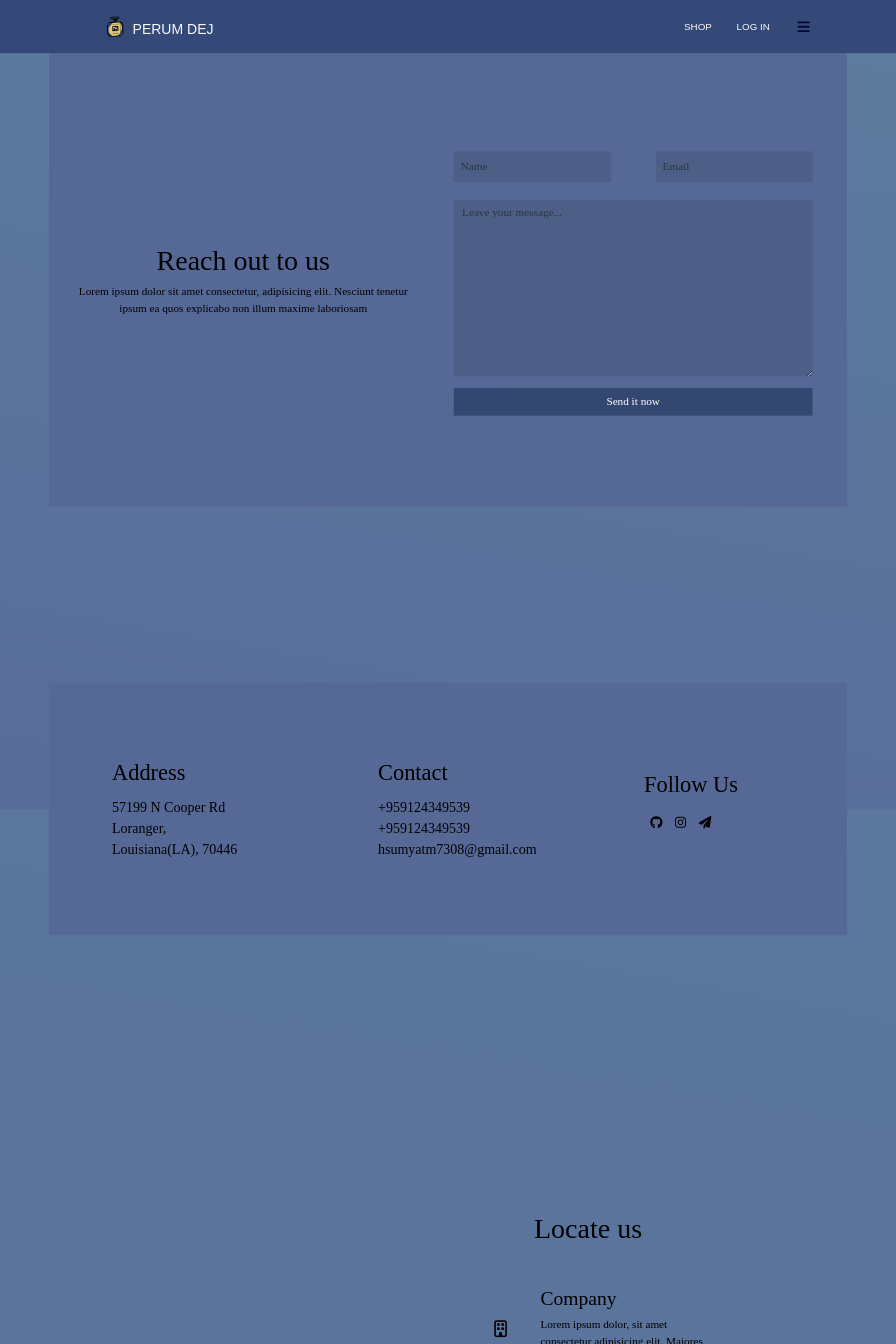
Repository: hsumyatm7308/Perum-Dej
Page: http://localhost/gitclone/contact.php
The author's editor kept a copy of each file at every save. The page is drawn from the files as they stood at one save, then again after the next save.
The browser window is 1280 px wide. The pictures show the part of the page from y = 0 to 1920 px (the page is 3804 px tall), at 70% of full size.
Pictures or frames that could not be fetched are drawn as grey boxes. The page is run by PHP 8.4 with error messages shown; the project is at /var/www/html/.

Above is the page before, as saved 2023-12-01 22:39:01.

After the next save:
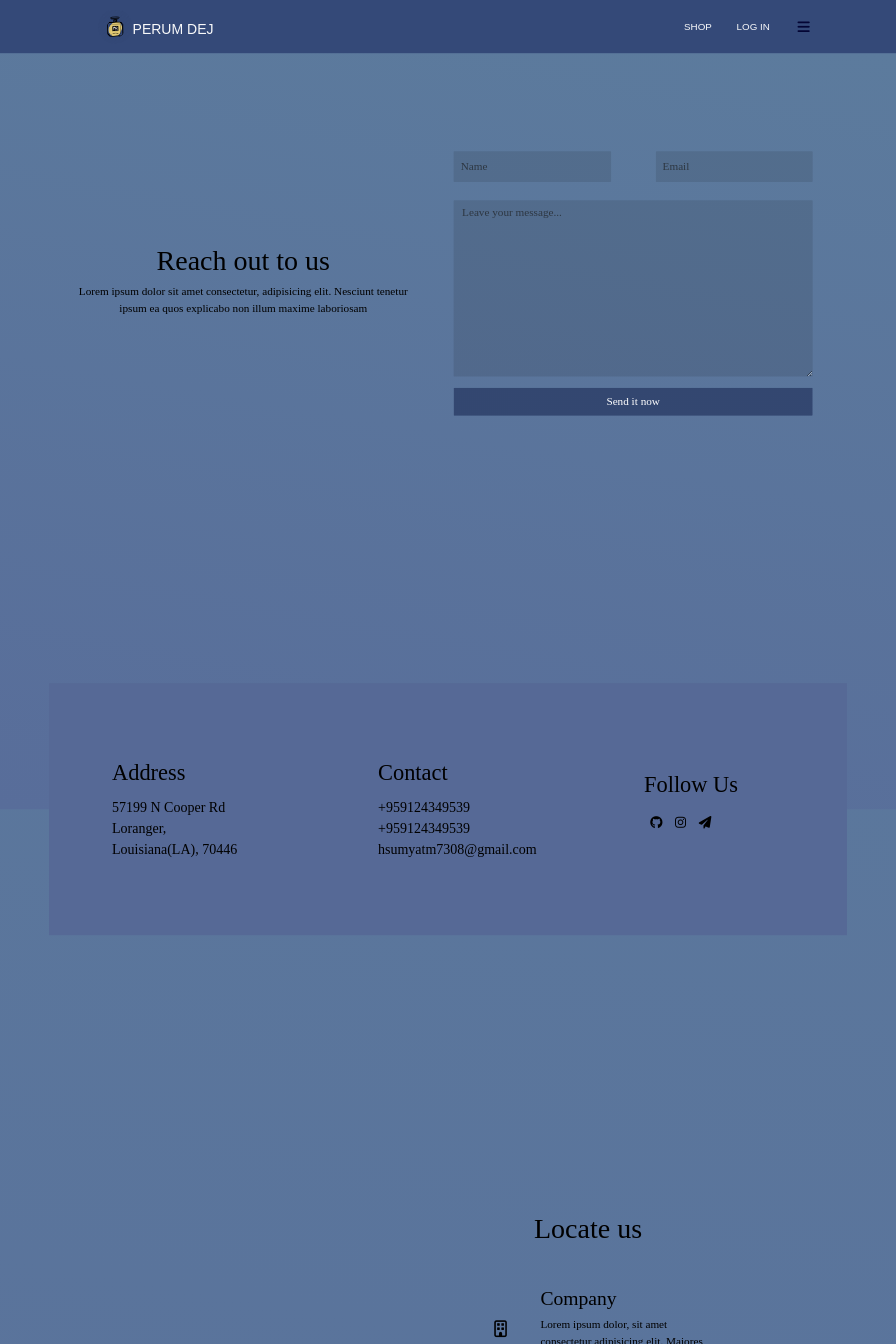
Saved 6 s later.
--- a/contact.php
+++ b/contact.php
@@ -39,7 +39,7 @@
         /* height: 700px; */
         height: 90vh;
         /* background: #536e8b; */
-        background: rgb(86, 105, 150);
+        /* background: rgb(86, 105, 150); */
 
 
 
